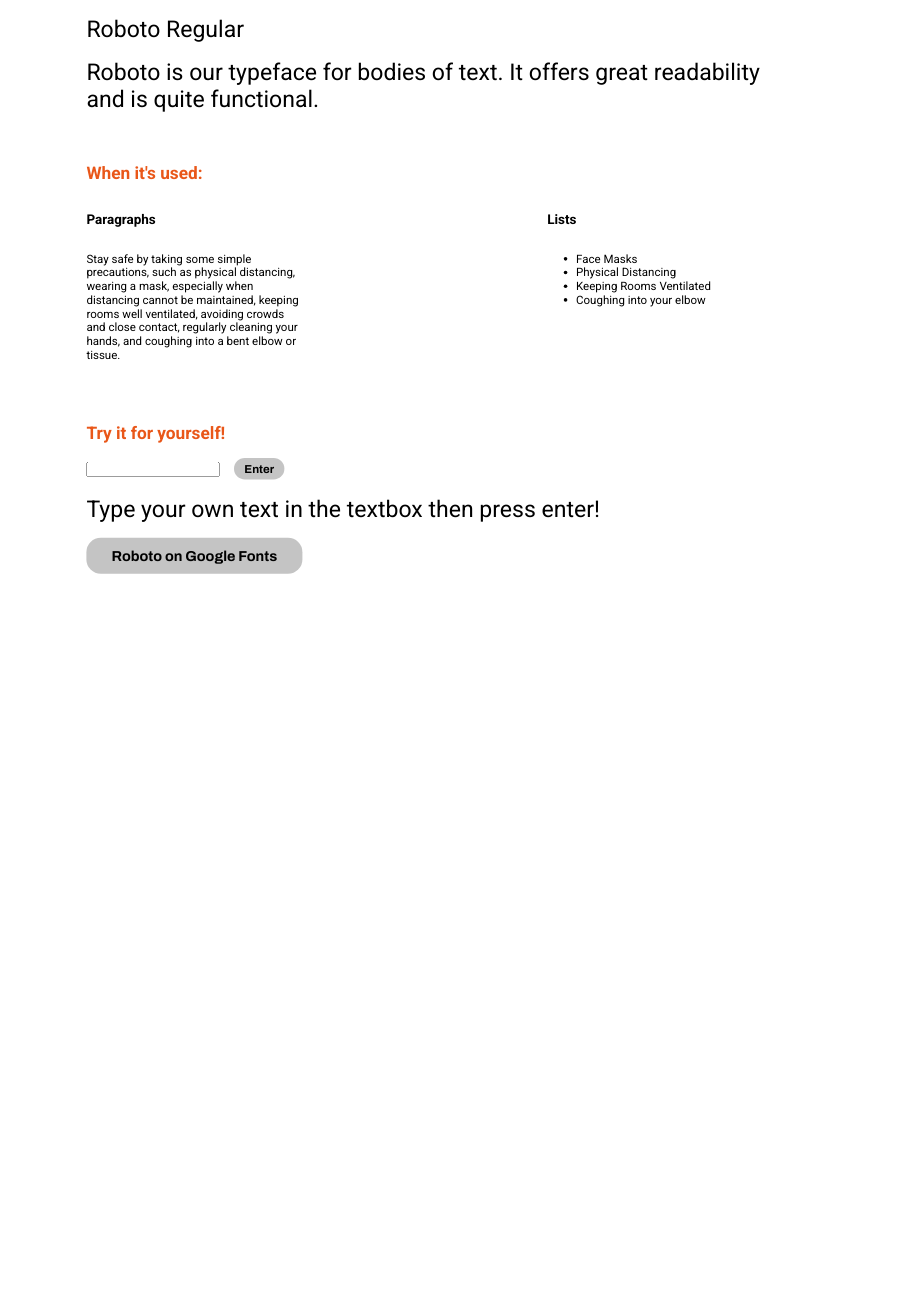
Repository: Levic559/bird-styleguide
Page: typography/index.html
These files come from the project's save history. The page is drawn as it stood at one moment and after the next save; the edit follows.
The browser window is 1280 px wide. The pictures show the whole page, at 72% of full size.

Above is the page before, as saved 2021-03-22 05:52:45.

After the next save:
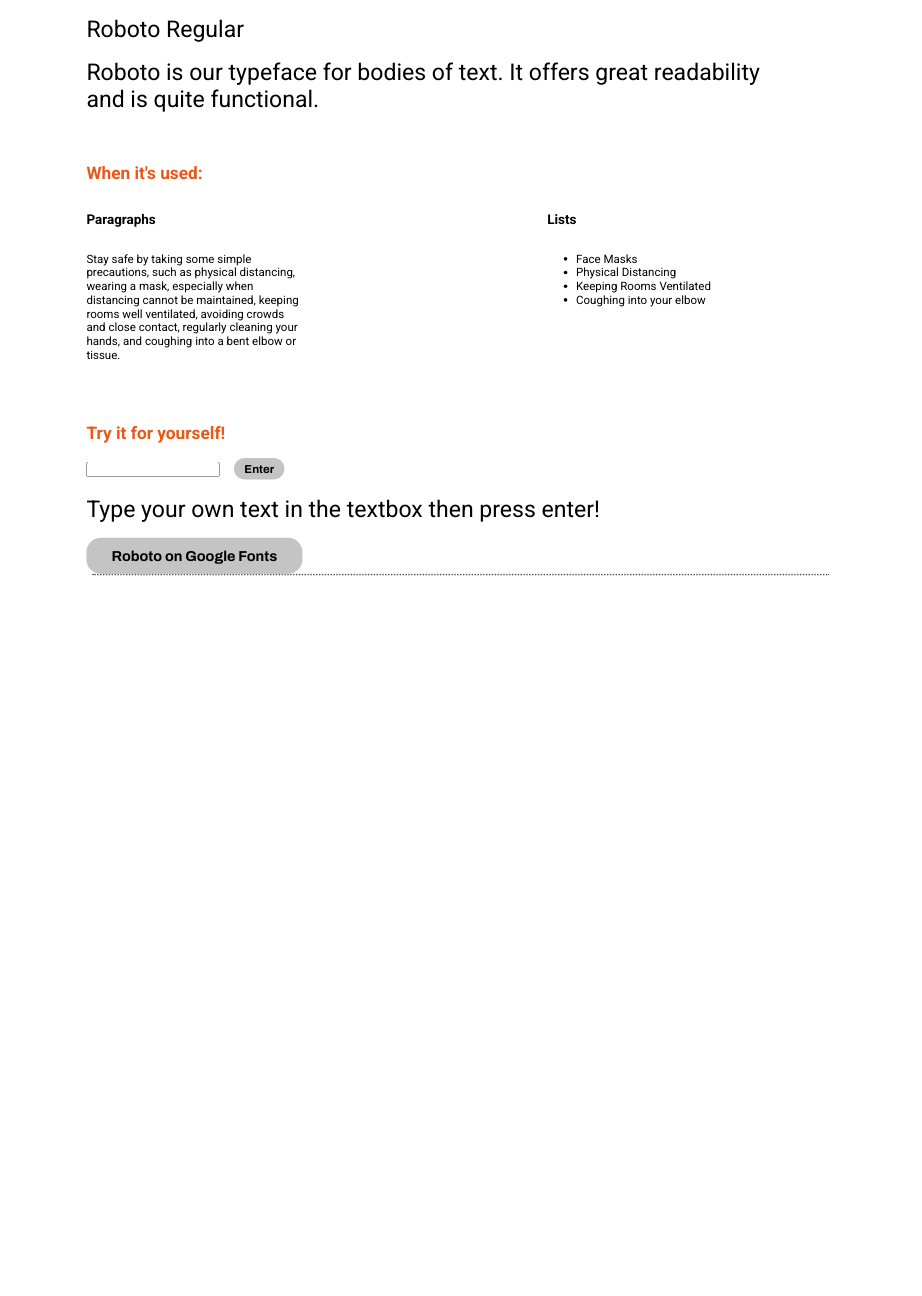
Saved 9 s later.
--- a/typography/style.css
+++ b/typography/style.css
@@ -82,4 +82,5 @@
     align-self: center;
     border:none;
     border-top: 2px dotted #545454;
+    width: 80%
 }
